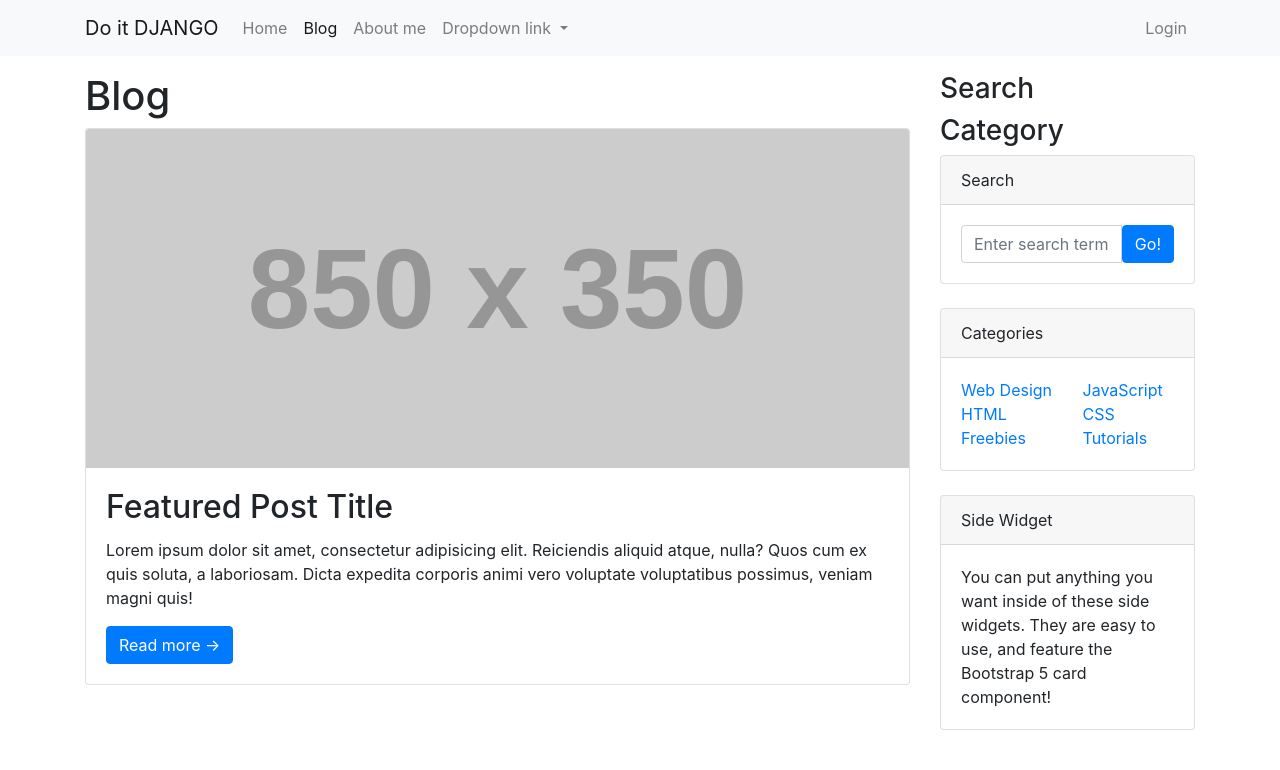
Repository: lwygold/do_it_ft
Page: blog_list.html
An editor plug-in stored every save of this project. The page is shown before and after the next save, followed by the edit.
The browser window is 1280 px wide. The pictures show the whole page.

Above is the page before, as saved 2021-08-11 21:26:04.

### blog_list.html
<!DOCTYPE html>
<html lang="en">

<head>
    <meta charset="UTF-8">
    <meta http-equiv="X-UA-Compatible" content="IE=edge">
    <meta name="viewport" content="width=device-width, initial-scale=1.0">
    <link rel="stylesheet" href="https://cdn.jsdelivr.net/npm/bootstrap@4.6.0/dist/css/bootstrap.min.css"
        integrity="sha384-B0vP5xmATw1+K9KRQjQERJvTumQW0nPEzvF6L/Z6nronJ3oUOFUFpCjEUQouq2+l" crossorigin="anonymous">
    <link rel="stylesheet" href="./sub.css" type="text/css" />
    <title>About Me</title>
</head>

<body>

    <nav class="navbar navbar-expand-lg navbar-light bg-light">
        <div class="container">

            <a class="navbar-brand" href="#">Do it DJANGO</a>
            <button class="navbar-toggler" type="button" data-toggle="collapse" data-target="#navbarNavDropdown"
                aria-controls="navbarNavDropdown" aria-expanded="false" aria-label="Toggle navigation">
                <span class="navbar-toggler-icon"></span>
            </button>
            <div class="collapse navbar-collapse" id="navbarNavDropdown">
                <ul class="navbar-nav">
                    <li class="nav-item">
                        <a class="nav-link" href="./index.html">Home <span class="sr-only">(current)</span></a>
                    </li>
                    <li class="nav-item active">
                        <a class="nav-link" href="./blog_list.html">Blog</a>
                    </li>
                    <li class="nav-item">
                        <a class="nav-link" href="./about_me.html">About me</a>
                    </li>
                    <li class="nav-item dropdown">
                        <a class="nav-link dropdown-toggle" href="#" id="navbarDropdownMenuLink" role="button"
                            data-toggle="dropdown" aria-haspopup="true" aria-expanded="false">
                            Dropdown link
                        </a>
                        <div class="dropdown-menu" aria-labelledby="navbarDropdownMenuLink">
                            <a class="dropdown-item" href="#">Action</a>
                            <a class="dropdown-item" href="#">Another action</a>
                            <a class="dropdown-item" href="#">Something else here</a>
                        </div>
                    </li>
                </ul>
                <ul class="navbar-nav ml-auto">
                    <li class="nav-item">
                        <a class="nav-link" href="#">Login <span class="sr-only">(current)</span></a>
                    </li>
                </ul>

            </div>
        </div>
    </nav>

    <div class="container">
        <div class="row my-3">
            <div class="col-md-8 col-lg-9">
                <h1>Blog</h1>

                <div class="row">

                    <div class="col">
                        <div class="card mb-4">
                            <a href="#!"><img class="card-img-top"
                                    src="https://dummyimage.com/850x350/dee2e6/6c757d.jpg" alt="..."></a>
                            <div class="card-body">
                                <h2 class="card-title">Featured Post Title</h2>
                                <p class="card-text">Lorem ipsum dolor sit amet, consectetur adipisicing elit.
                                    Reiciendis aliquid atque, nulla? Quos cum ex quis soluta, a laboriosam. Dicta
                                    expedita corporis animi vero voluptate voluptatibus possimus, veniam magni quis!</p>
                                <a class="btn btn-primary" href="#!">Read more →</a>
                            </div>
                        </div>
                    </div>


                </div>

            </div>
            <div class="col-md-4 col-lg-3">
                <h3>Search</h3>
                <h3>Category</h3>
                <div class="row">
                    <div class="col">
                        <!-- Search widget-->
                        <div class="card mb-4">
                            <div class="card-header">Search</div>
                            <div class="card-body">
                                <div class="input-group">
                                    <input class="form-control" type="text" placeholder="Enter search term..."
                                        aria-label="Enter search term..." aria-describedby="button-search">
                                    <button class="btn btn-primary" id="button-search" type="button">Go!</button>
                                </div>
                            </div>
                        </div>
                        <!-- Categories widget-->
                        <div class="card mb-4">
                            <div class="card-header">Categories</div>
                            <div class="card-body">
                                <div class="row">
                                    <div class="col-sm-6">
                                        <ul class="list-unstyled mb-0">
                                            <li><a href="#!">Web Design</a></li>
                                            <li><a href="#!">HTML</a></li>
                                            <li><a href="#!">Freebies</a></li>
                                        </ul>
                                    </div>
                                    <div class="col-sm-6">
                                        <ul class="list-unstyled mb-0">
                                            <li><a href="#!">JavaScript</a></li>
                                            <li><a href="#!">CSS</a></li>
                                            <li><a href="#!">Tutorials</a></li>
                                        </ul>
                                    </div>
                                </div>
                            </div>
                        </div>
                        <!-- Side widget-->
                        <div class="card mb-4">
                            <div class="card-header">Side Widget</div>
                            <div class="card-body">You can put anything you want inside of these side widgets. They are
                                easy to use, and feature the Bootstrap 5 card component!</div>
                        </div>
                    </div>
                </div>
            </div>
        </div>

    </div>

    <script src="https://code.jquery.com/jquery-3.5.1.slim.min.js"
        integrity="sha384-DfXdz2htPH0lsSSs5nCTpuj/zy4C+OGpamoFVy38MVBnE+IbbVYUew+OrCXaRkfj"
        crossorigin="anonymous"></script>
    <script src="https://cdn.jsdelivr.net/npm/bootstrap@4.6.0/dist/js/bootstrap.bundle.min.js"
        integrity="sha384-Piv4xVNRyMGpqkS2by6br4gNJ7DXjqk09RmUpJ8jgGtD7zP9yug3goQfGII0yAns"
        crossorigin="anonymous"></script>

</body>

</html>

### sub.css
.container {
    width:1920px;
    margin:0 auto;

}

After the next save:
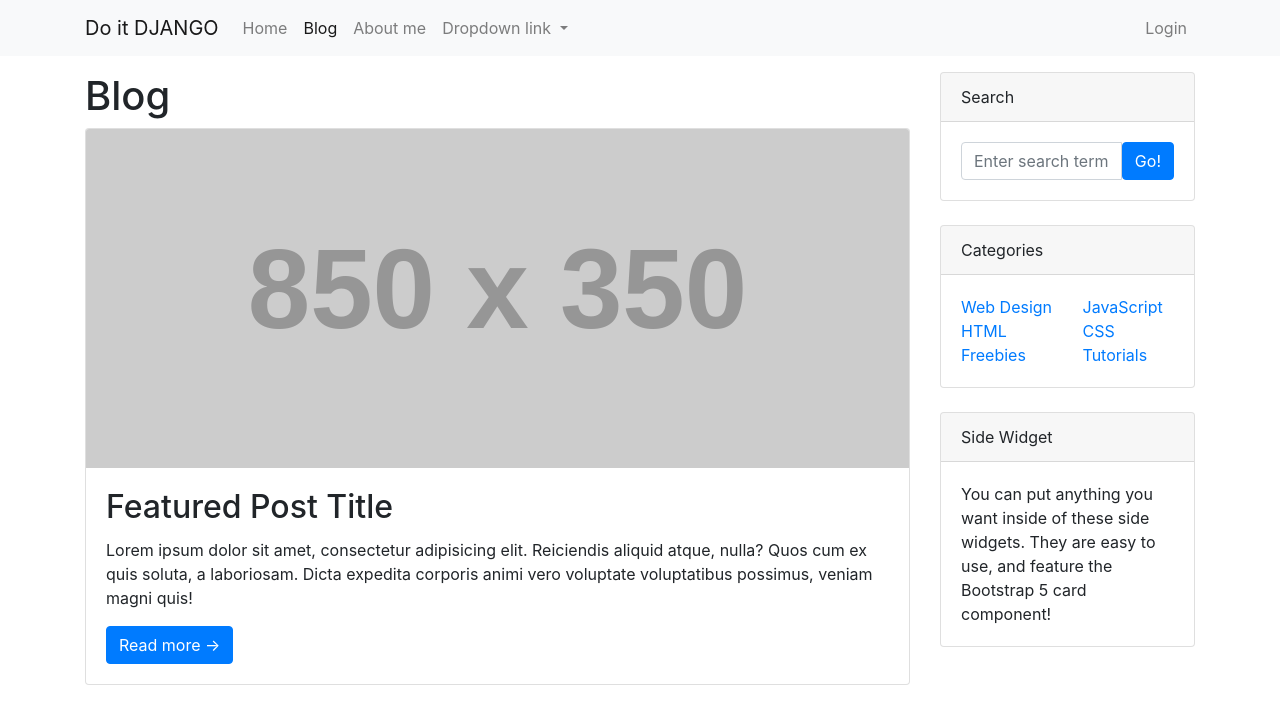
Saved 25 s later.
--- a/blog_list.html
+++ b/blog_list.html
@@ -80,8 +80,6 @@
 
             </div>
             <div class="col-md-4 col-lg-3">
-                <h3>Search</h3>
-                <h3>Category</h3>
                 <div class="row">
                     <div class="col">
                         <!-- Search widget-->
